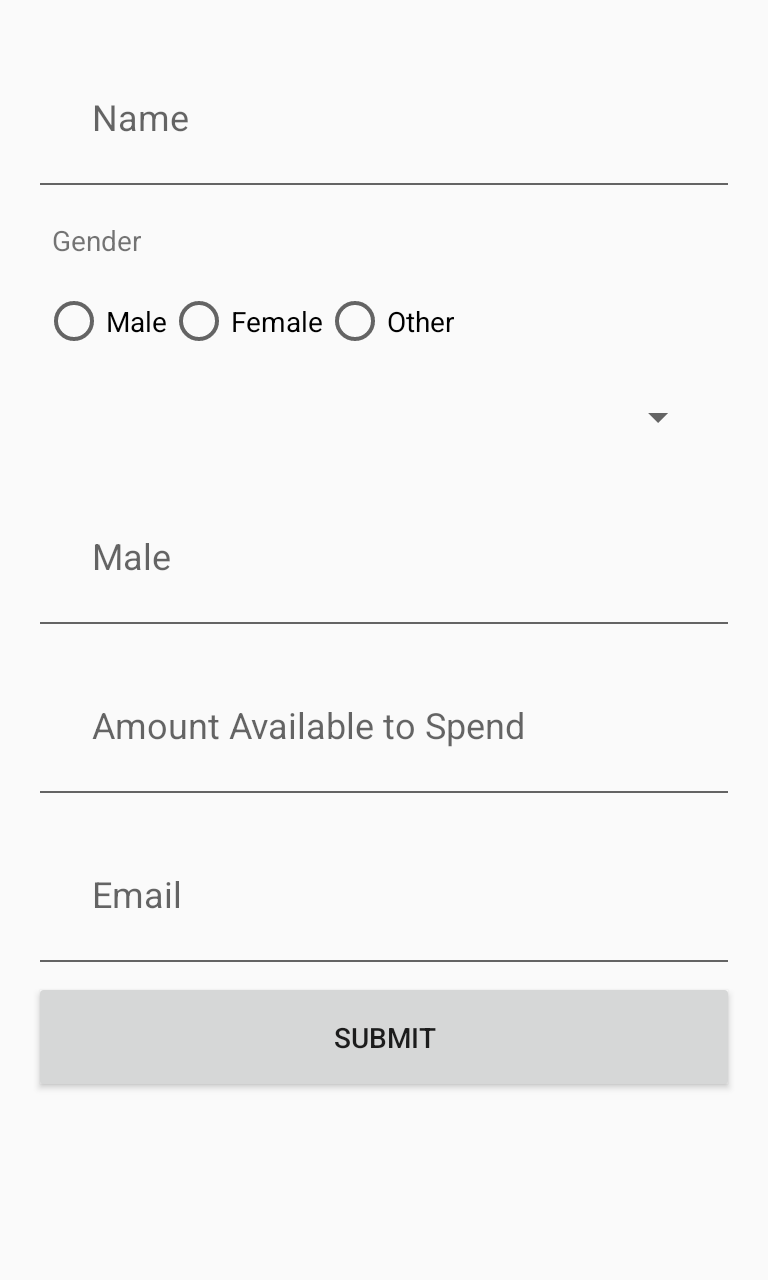
Repository: ThatCrazyIrishGuy/guiAndroidAssignment
Layout: ShoppingList/res/layout/activity_user_detail_form.xml
An editor plug-in stored every save of this project. The layout is shown before and after the next save, followed by the edit.
It is drawn on a 768 x 1280 px phone screen (xhdpi) without system bars, with theme AppTheme; the app's code is not run.

Above is the layout before, as saved 2014-11-08 19:15:16.

After the next save:
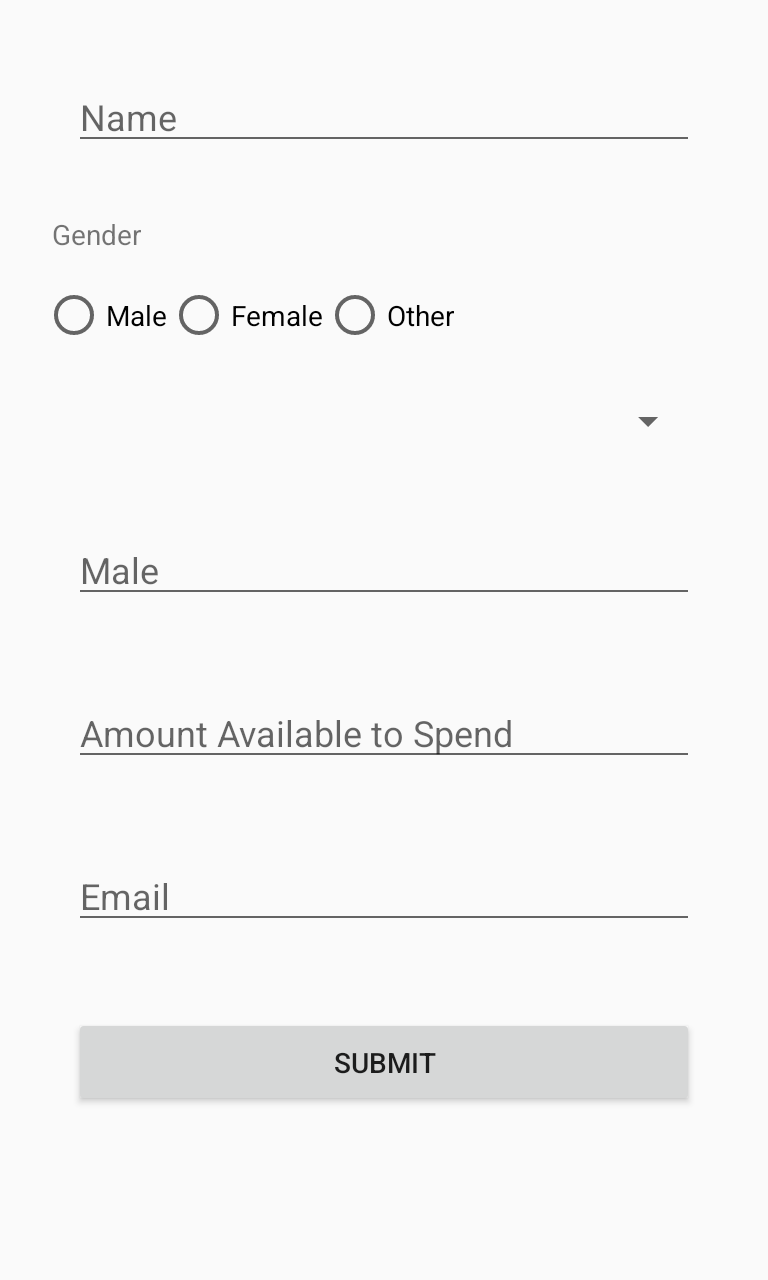
Saved 90 s later.
--- a/ShoppingList/res/layout/activity_user_detail_form.xml
+++ b/ShoppingList/res/layout/activity_user_detail_form.xml
@@ -13,7 +13,7 @@
         android:hint="@string/name"
         android:layout_width="fill_parent"
         android:layout_height="wrap_content"
- 		android:padding="30dp"
+ 		android:layout_margin="20dp"
      />
 
      <TextView
@@ -22,7 +22,7 @@
         android:layout_width="wrap_content"
         android:layout_height="wrap_content"
         android:text="@string/gender"
-        android:padding="10dp"
+ 		android:layout_margin="10dp"
      />
 
    	<RadioGroup
@@ -31,7 +31,7 @@
 		android:orientation="horizontal"
 		android:layout_width="fill_parent"
 		android:layout_height="wrap_content"
-		android:padding="5dp" >
+ 		android:layout_margin="5dp" >
 		<RadioButton
 			android:id="@+id/male"
 			android:text="@string/male"
@@ -51,7 +51,7 @@
     	android:layout_below="@+id/gender"
     	android:layout_width="fill_parent"
     	android:layout_height="wrap_content"
- 		android:layout_margin="15dp"
+ 		android:layout_margin="20dp"
     />
 
     <EditText
@@ -61,7 +61,7 @@
         android:layout_width="fill_parent"
         android:layout_height="wrap_content"
         android:inputType="number"
-        android:padding="30dp"
+ 		android:layout_margin="20dp"
     />
 
    <EditText
@@ -71,7 +71,7 @@
         android:layout_width="fill_parent"
         android:layout_height="wrap_content"
         android:inputType="numberDecimal"
-        android:padding="30dp"
+ 		android:layout_margin="20dp"
     />
 
     <EditText
@@ -81,7 +81,7 @@
         android:layout_width="fill_parent"
         android:layout_height="wrap_content"
         android:inputType="textEmailAddress"
-        android:padding="30dp"
+ 		android:layout_margin="20dp"
      />
 
      <Button
@@ -90,7 +90,7 @@
         android:layout_width="fill_parent"
         android:layout_height="wrap_content"
         android:text ="@string/submitButtonText"
-        android:padding="20dp"
+ 		android:layout_margin="20dp"
      />
 
 </RelativeLayout>
